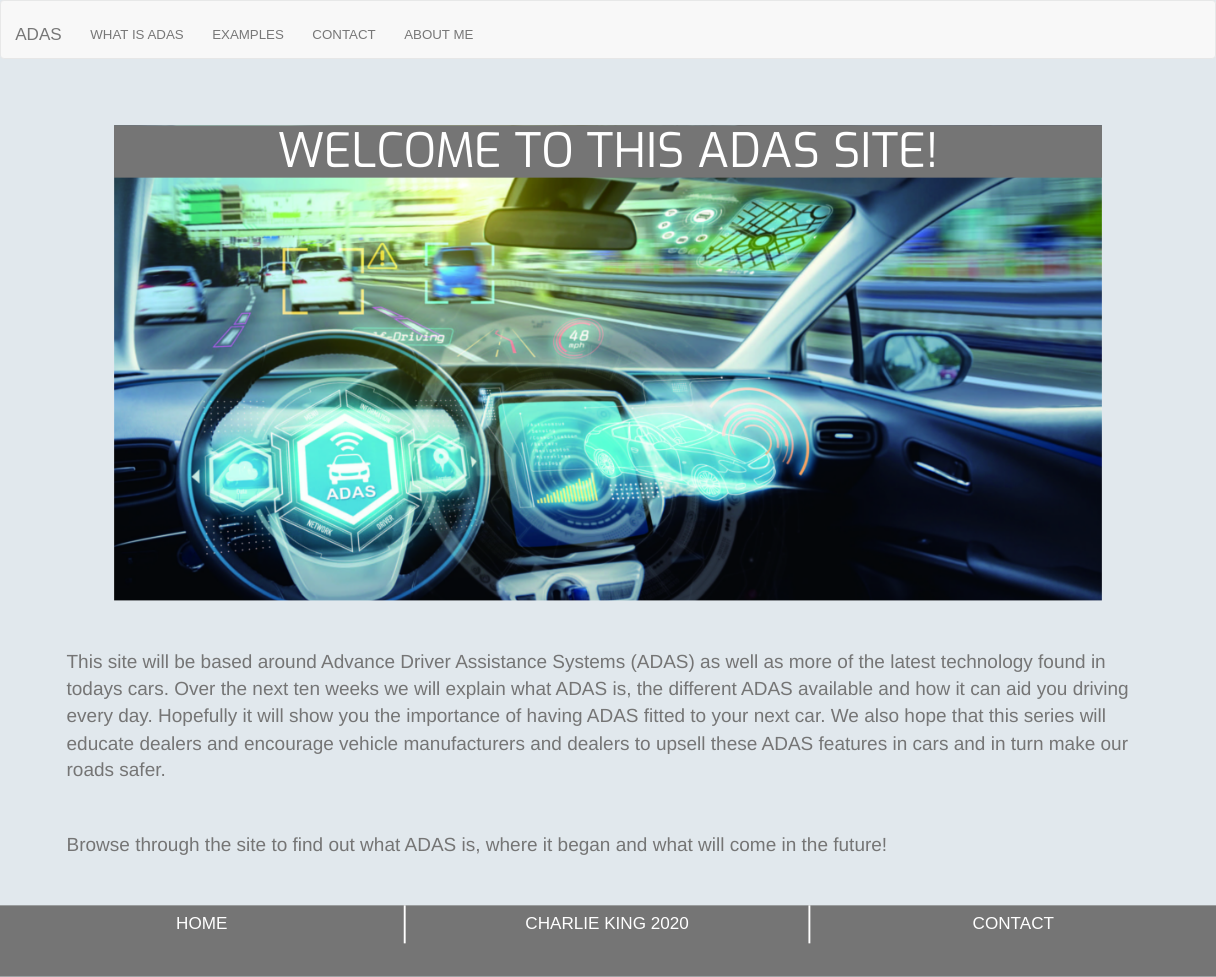
Repository: Cha-K28/First-Milestone-Project
Page: index.html
The author's editor kept a record of every edit. The page is drawn from the files as they stood at one moment, then again after the next edit.
The browser window is 1280 px wide. The pictures show the whole page, at 95% of full size.

Above is the page before.

After the next edit:
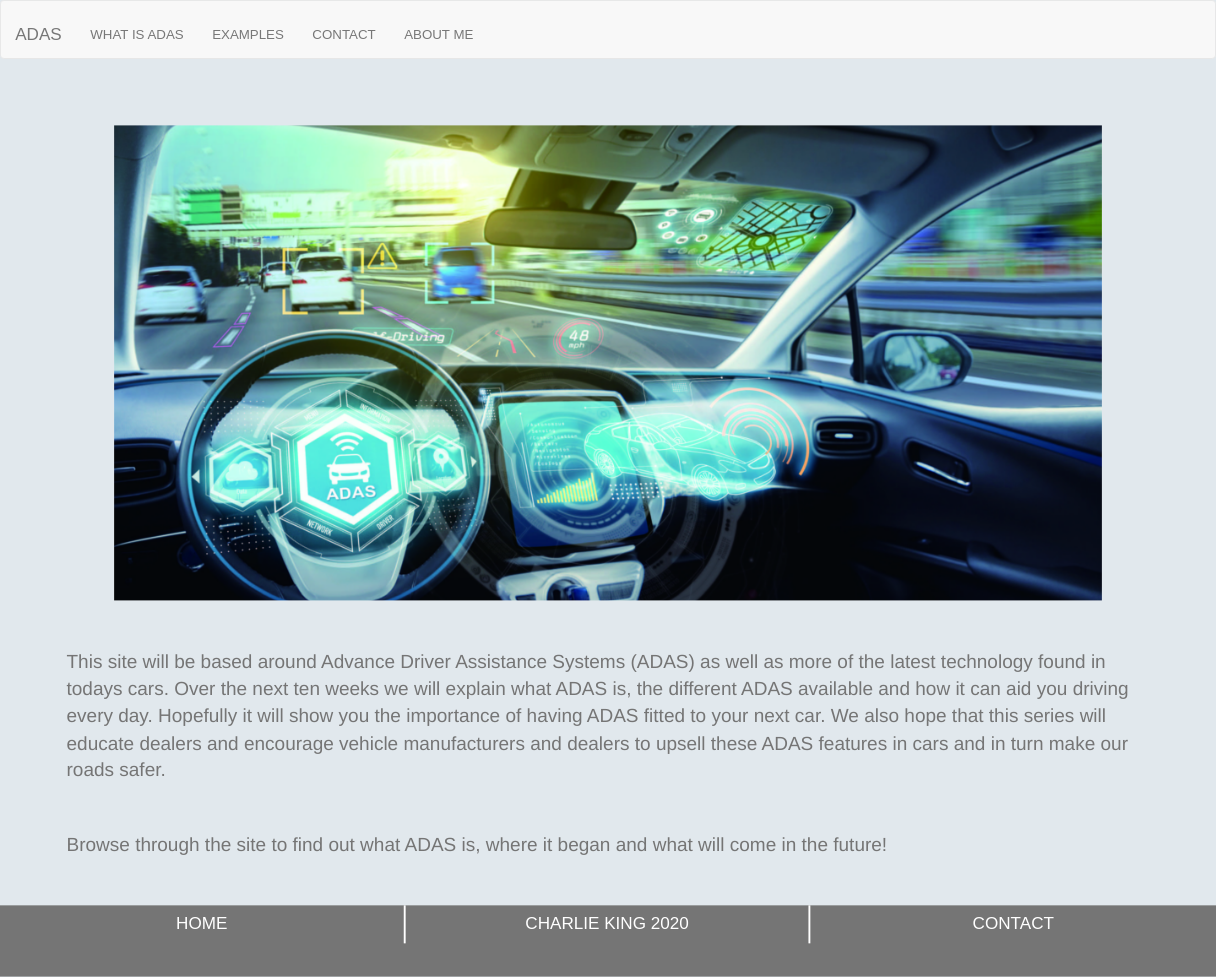
The edit:
--- a/index.html
+++ b/index.html
@@ -38,7 +38,7 @@
         <div class="background-image">
 
 
-            <h1>Welcome to this ADAS site!</h1>
+
 
 
         </div>
